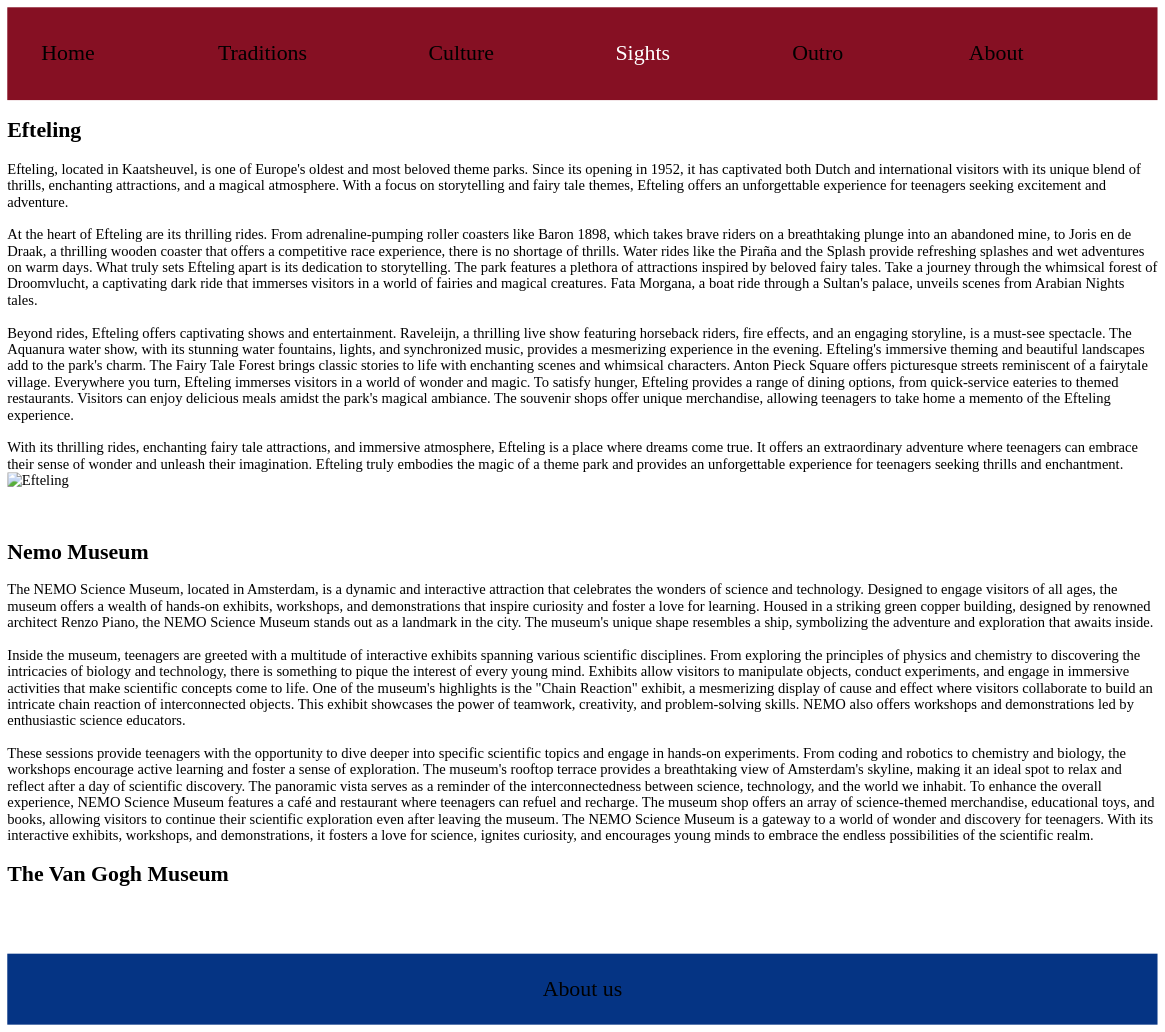
Repository: Cornman63/The-netherlands
Page: sights.html
The author's editor kept a copy of each file at every save. The page is drawn from the files as they stood at one save, then again after the next save.
The browser window is 1280 px wide. The pictures show the whole page, at 91% of full size.

Above is the page before, as saved 2023-05-26 11:22:44.

After the next save:
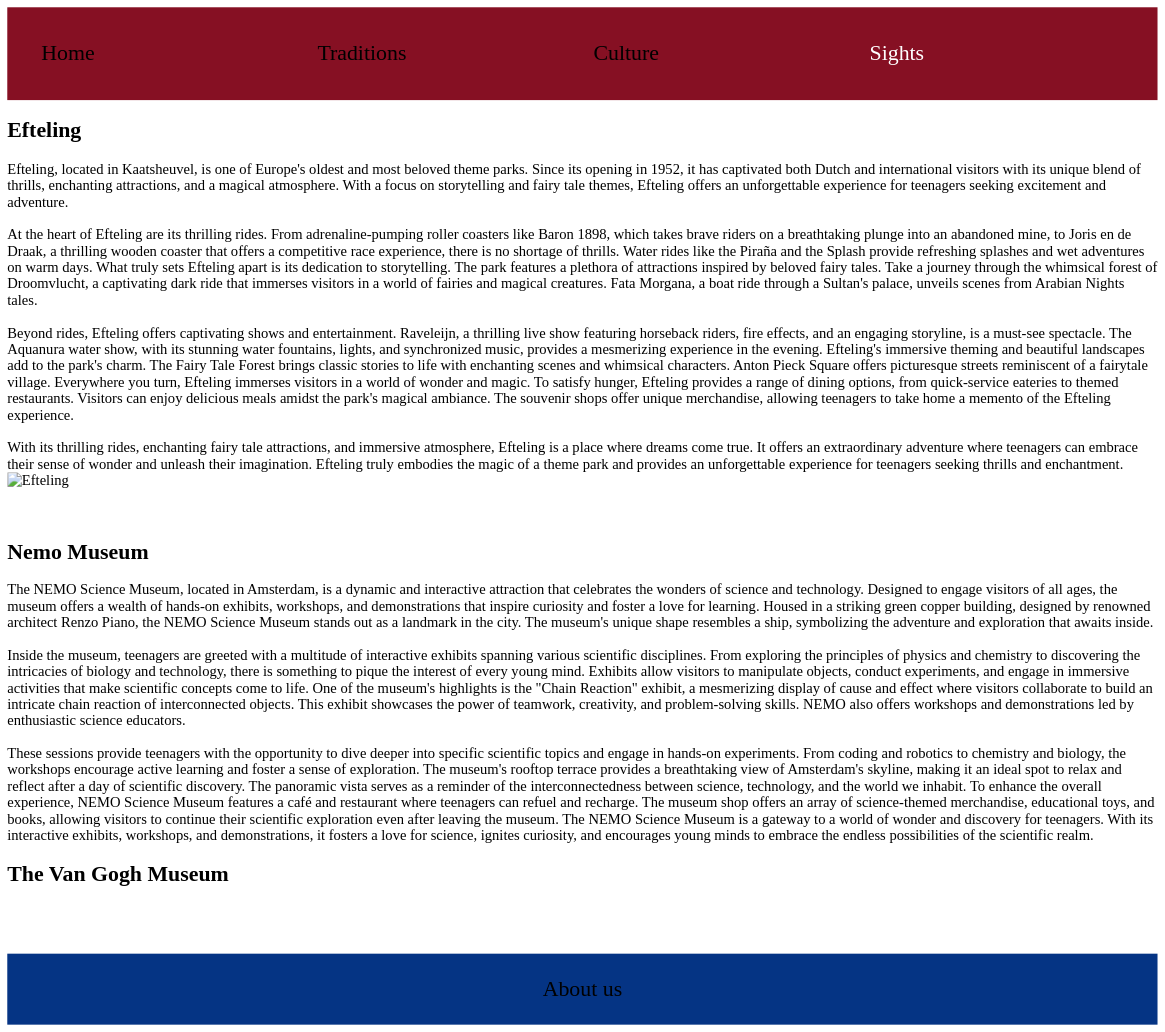
Saved 66 min 56 s later.
--- a/sights.html
+++ b/sights.html
@@ -14,8 +14,6 @@
         <div class="site"><a href="traditions.html" class="link">Traditions</a></div>
         <div class="site"><a href="culture.html" class="link">Culture</a></div>
         <div class="site"><a href="sights.html" style="color: white" class="link">Sights</a></div>
-        <div class="site"><a href="outro.html" class="link">Outro</a></div>
-        <div class="site"><a href="about.html" class="link">About</a></div>
     </div>
     <h2>Efteling</h2>
     <div class="text">
